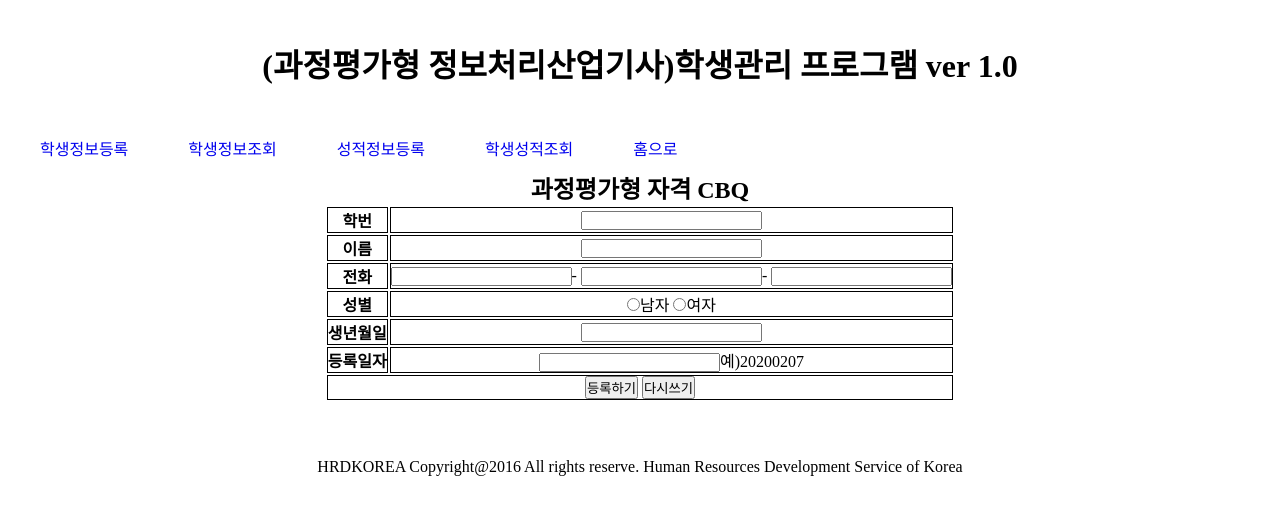
Repository: SeolhwaPark/JSL40_HRDKOREA
Page: http://localhost/HRD_0428_02/insert.jsp
The author's editor kept a copy of each file at every save. The page is drawn from the files as they stood at one save, then again after the next save.
The browser window is 1280 px wide. The pictures show the whole page.
The page is served by Tomcat 9. Other server files are loaded and not shown.

Above is the page before, as saved 2020-04-28 11:58:21.

### HRD_0428_02/WebContent/insert.jsp
<%@ page language="java" contentType="text/html; charset=UTF-8"
    pageEncoding="UTF-8"%>
<%@ page import="java.util.* , model.*"%>

<%

%>
<!DOCTYPE html>
<html>
<head>
<meta charset="UTF-8">
<title>(과정평가형 정보처리산업기사)학생관리 프로그램 ver 1.0</title>

<style type="text/css">
*{padding:0;margin:0}
.logo{padding:40px 0;text-align:center;}
.navi{padding:10px 0;overflow:hidden}
.navi ul, li{padding:0 10px;float:left;list-style:none}
a{padding:20px;text-decoration:none; }

.title{text-align:center;}
.content{margin:0}
.content table{margin:0 auto}
.content table th, td{text-align:center;border: 1px solid}
.btn_group{text-align:center;}

.footer{padding:20px 0;}
.footer p{text-align:center;}
</style>
<script type="text/javascript">
function send() {
	if(insert.hakbun.value==""){
		alert("학번이 입력되지 않았습니다!");
		insert.hakbun.focus();
		return false;
	}
	if(insert.name.value==""){
		alert("이름이 입력되지 않았습니다!");
		insert.name.focus();
		return false;
	}
	if(insert.phone1.value==""){
		alert("전화번호가 입력되지 않았습니다!");
		insert.phone1.focus();
		return false;
	}
	if(insert.phone2.value==""){
		alert("전화번호가 입력되지 않았습니다!");
		insert.phone2.focus();
		return false;
	}
	if(insert.phone3.value==""){
		alert("전화번호가 입력되지 않았습니다!");
		insert.phone3.focus();
		return false;
	}
	if(insert.gender[0].checked == false && insert.gender[1].checked == false){
		alert("성별을 선택하세요!");
		return false;
	}
	if(insert.birth.value==""){
		alert("생년월일이 입력되지 않았습니다!");
		insert.birth.focus();
		return false;
	}
	if(insert.regdate.value==""){
		alert("등록일자가 입력되지 않았습니다!");
		insert.regdate.focus();
		return false;
	}
	alert("학생정보를 등록합니다");
	insert.submit();
}
function del() {
	alert("입력된 모든 항목을 삭제합니다");
	insert.reset();
}
</script>

</head>
<body>

<div class="header">
	<header>
		<h1 class="logo">(과정평가형 정보처리산업기사)학생관리 프로그램 ver 1.0</h1>
		<nav class="navi">
			<ul>
				<li><a href="insert.jsp">학생정보등록</a></li>
				<li><a href="list.jsp">학생정보조회</a></li>
				<li><a href="input.jsp">성적정보등록</a></li>
				<li><a href="view.jsp">학생성적조회</a></li>
				<li><a href="index.jsp">홈으로</a></li>
			</ul>
		</nav>
	</header>
</div>
<div class="section">
	<section>
		<h2 class="title">과정평가형 자격 CBQ</h2>
		<div class="content">

			<form name="insert" method="post" action="insert_pro.jsp">
				<table>
					<tr>
						<th>학번</th>
						<td><input type="text" name="hakbun" value=""></td>
					</tr>
					<tr>
						<th>이름</th>
						<td><input type="text" name="name" value=""></td>
					</tr>
					<tr>
						<th>전화</th>
						<td><input type="text" name="phone1" value="">-
							<input type="text" name="phone2" value="">-
							<input type="text" name="phone3" value="">
						</td>
					</tr>
					<tr>
						<th>성별</th>
						<td><input type="radio" name="gender" value="M">남자
							<input type="radio" name="gender" value="F">여자</td>
					</tr>
					<tr>
						<th>생년월일</th>
						<td><input type="text" name="birth" value=""></td>
					</tr>
					<tr>
						<th>등록일자</th>
						<td><input type="text" name="regdate" value="">예)20200207</td>
					</tr>

					<tr>
						<td colspan="2" class="btn_group">
						<input type="button" value="등록하기" onClick="send()">
						<input type="button" value="다시쓰기" onClick="del()"></td>
					</tr>

				</table>
			</form>
			<br><br>
		</div>

	</section>
</div>
<div class="footer">
	<footer>
		<p>HRDKOREA Copyright@2016 All rights reserve. Human Resources Development Service of Korea</p>
	</footer>
</div>
</body>
</html>

After the next save:
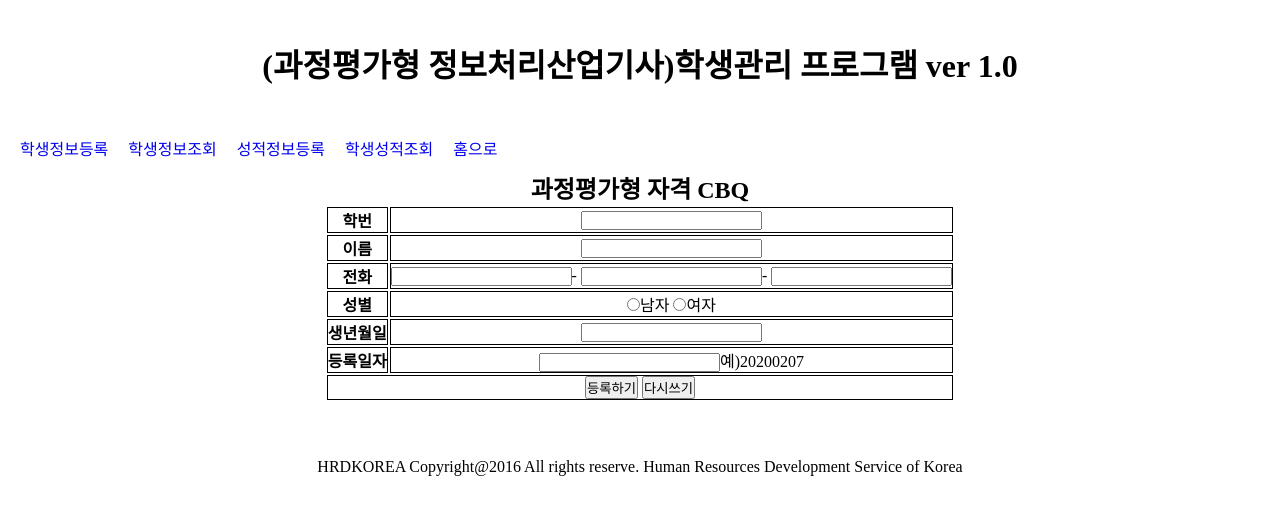
Saved 15 s later.
--- a/HRD_0428_02/WebContent/insert.jsp
+++ b/HRD_0428_02/WebContent/insert.jsp
@@ -16,7 +16,7 @@
 .logo{padding:40px 0;text-align:center;}
 .navi{padding:10px 0;overflow:hidden}
 .navi ul, li{padding:0 10px;float:left;list-style:none}
-a{padding:20px;text-decoration:none; }
+a{padding:20px 0;text-decoration:none; }
 
 .title{text-align:center;}
 .content{margin:0}
